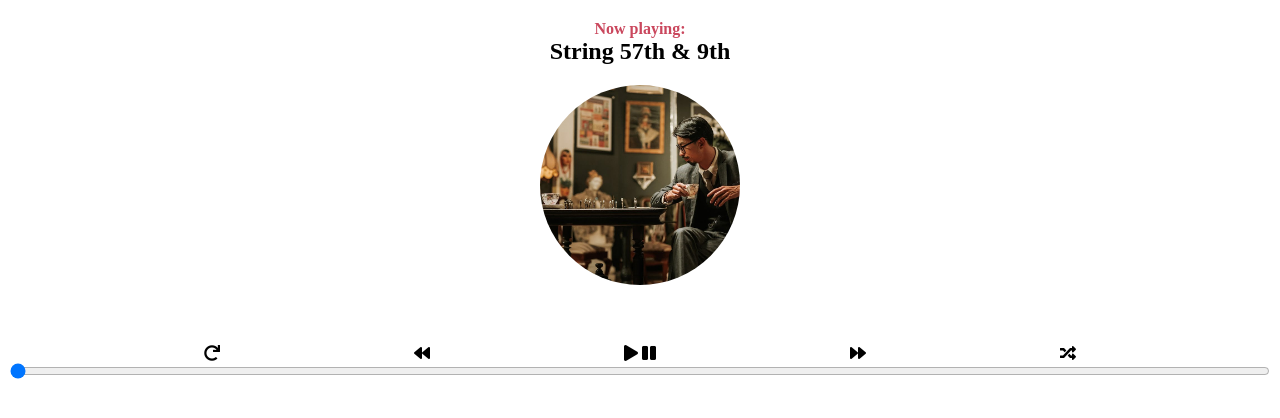
Repository: dovanthao2404/AppMusicPlayer
Page: index.html
These files come from the project's save history. The page is drawn as it stood at one moment and after the next save; the edit follows.
The browser window is 1280 px wide. The pictures show the whole page.

Above is the page before, as saved 2021-06-28 02:09:45.

After the next save:
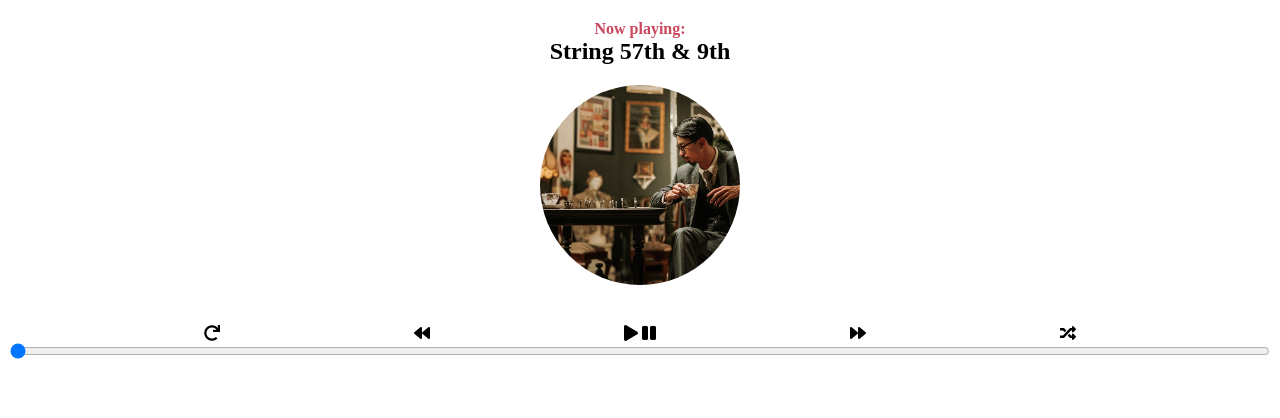
Saved 11 s later.
--- a/css/app.css
+++ b/css/app.css
@@ -29,7 +29,7 @@ header h4 {
 .controls {
   display: flex;
   justify-content: space-evenly;
-  margin-top: 60px;
+  margin-top: 40px;
 }
 .progress {
   width: 100%;
